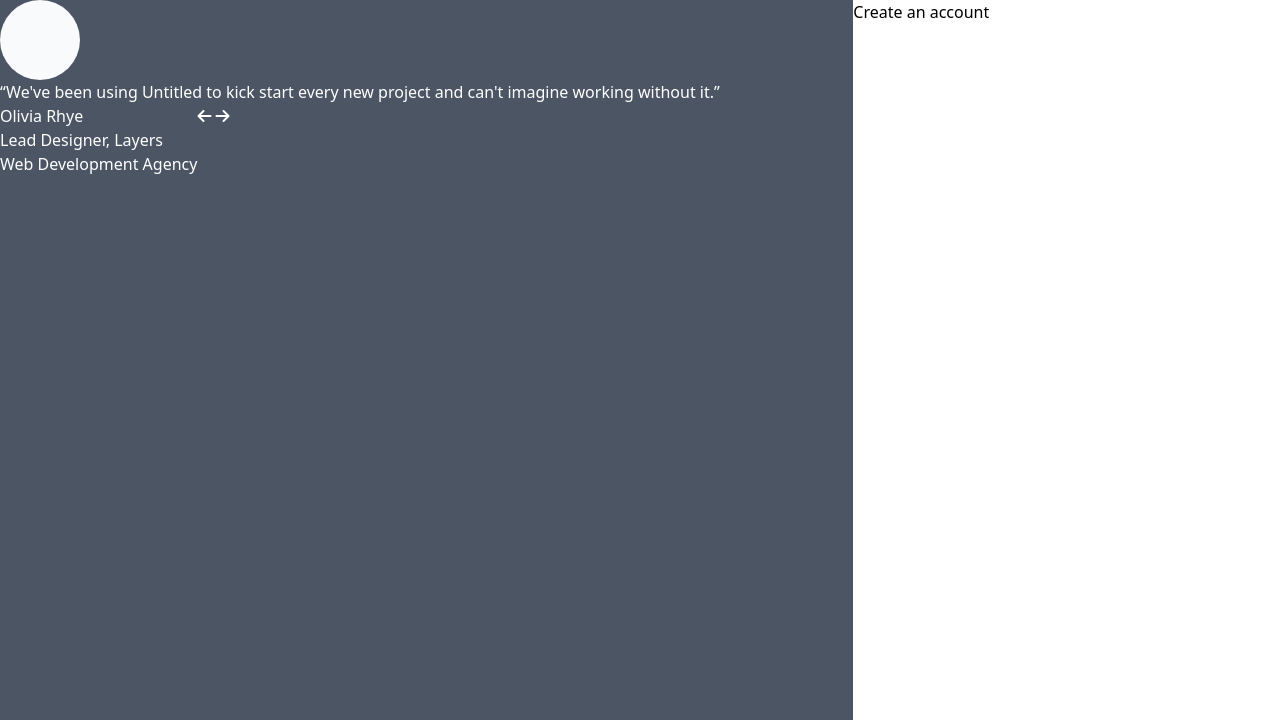
Repository: debthebuilder/youtube-html-contact-form-tailwindcss
Page: contact.html
These files come from the project's save history. The page is drawn as it stood at one moment and after the next save; the edit follows.
The browser window is 1280 px wide. The pictures show the whole page.
Some web libraries are served in a nearby version.

Above is the page before, as saved 2022-08-03 05:33:20.

### contact.html
<!DOCTYPE html>
<html lang="en">
<head>
    <meta charset="UTF-8">
    <meta http-equiv="X-UA-Compatible" content="IE=edge">
    <meta name="viewport" content="width=device-width, initial-scale=1.0">
    <link rel="stylesheet" href="https://cdnjs.cloudflare.com/ajax/libs/font-awesome/6.1.2/css/all.min.css" integrity="sha512-1sCRPdkRXhBV2PBLUdRb4tMg1w2YPf37qatUFeS7zlBy7jJI8Lf4VHwWfZZfpXtYSLy85pkm9GaYVYMfw5BC1A==" crossorigin="anonymous" referrerpolicy="no-referrer" />
    <script src="https://cdn.tailwindcss.com"></script>
    <title>HTML Contact Form</title>
</head>
<body>
    <div class="w-full h-screen flex">
        <!--Background Image with Overlay text-->
        <div class="w-4/6 bg-gray-600 text-white">
            <a href="#" class="block">
                <div class="w-20 h-20 bg-gray-50 rounded-full"></div>
            </a>
            <q>We've been using Untitled to kick start every new project and can't imagine working without it.</q>
            <div class="flex">
                <div>
                    <h3>Olivia Rhye</h3>
                    <div>Lead Designer, Layers</div>
                    <span>Web Development Agency</span>
                </div>
                <div>
                    <span>
                        <i class="fa-solid fa-arrow-left"></i>
                    </span>
                    <span>
                        <i class="fa-solid fa-arrow-right"></i>
                    </span>
                </div>
            </div>
        </div>
        <!--Form-->
        <div class="w-2/6">
            <h2>Create an account</h2>
        </div>
    </div>
</body>
</html>

After the next save:
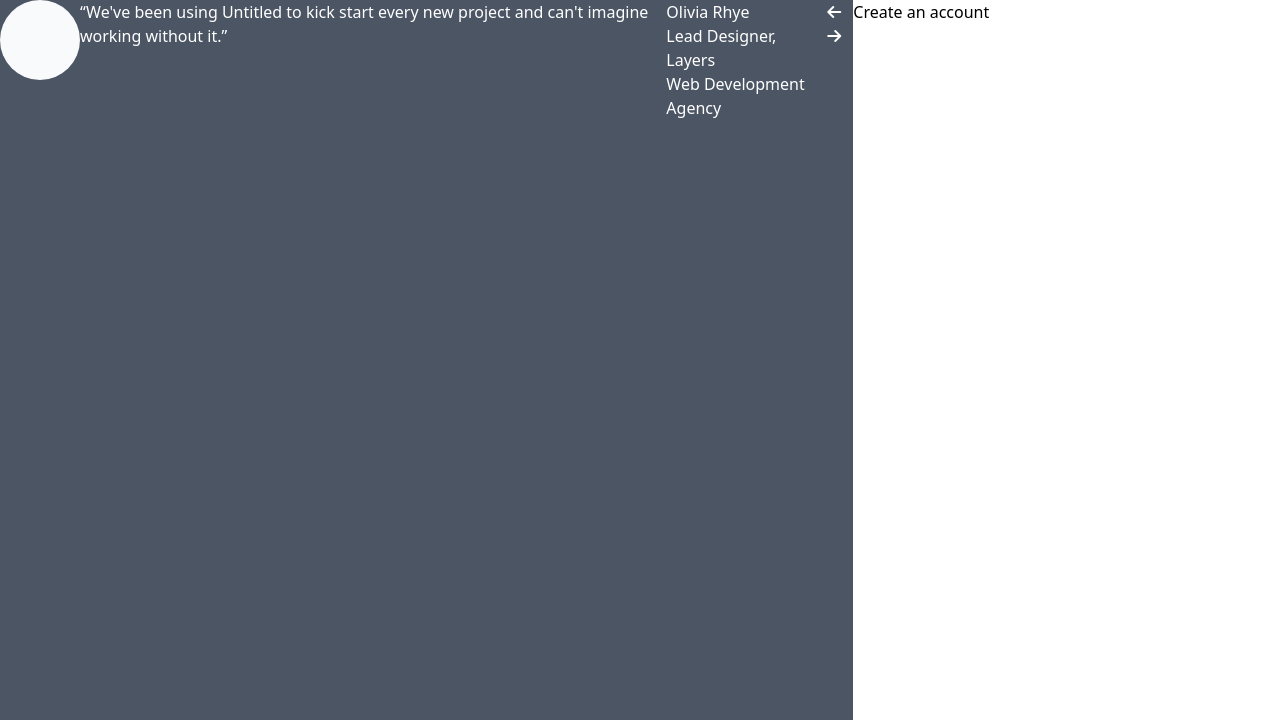
Saved 55 s later.
--- a/contact.html
+++ b/contact.html
@@ -11,7 +11,7 @@
 <body>
     <div class="w-full h-screen flex">
         <!--Background Image with Overlay text-->
-        <div class="w-4/6 bg-gray-600 text-white">
+        <div class="w-4/6 bg-gray-600 text-white flex">
             <a href="#" class="block">
                 <div class="w-20 h-20 bg-gray-50 rounded-full"></div>
             </a>

After the save that followed:
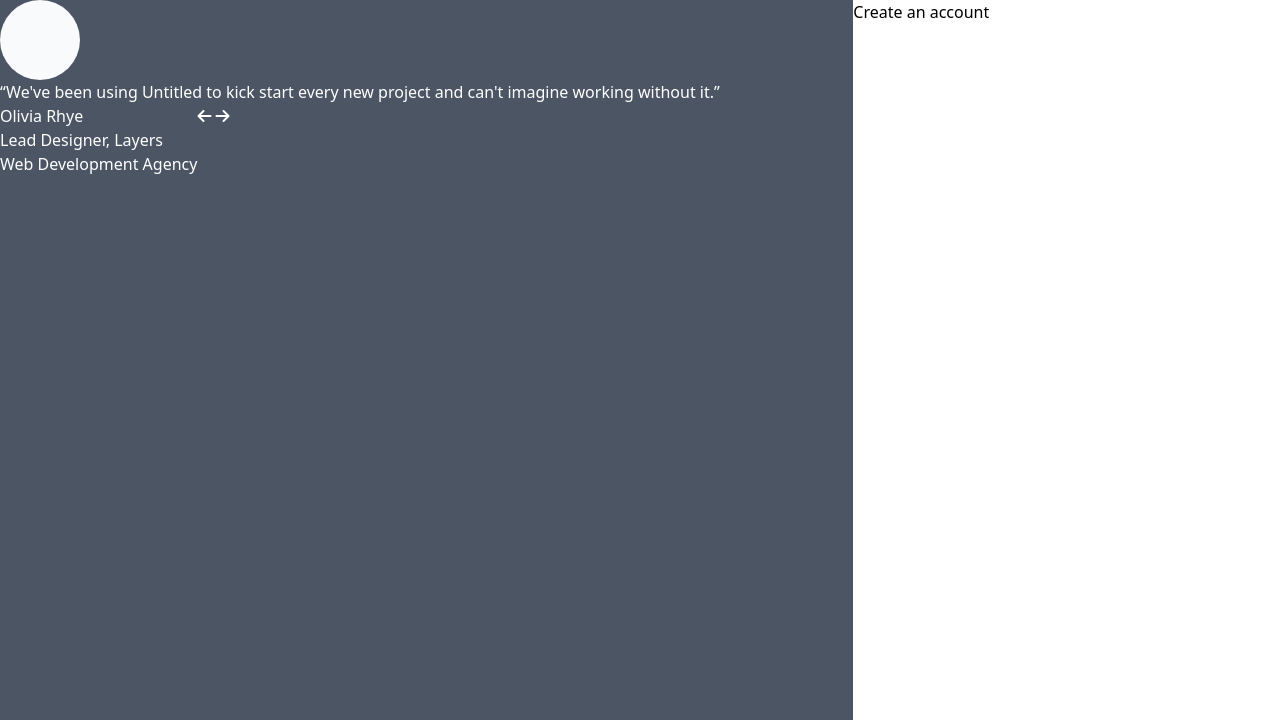
Saved 14 s later.
--- a/contact.html
+++ b/contact.html
@@ -11,7 +11,7 @@
 <body>
     <div class="w-full h-screen flex">
         <!--Background Image with Overlay text-->
-        <div class="w-4/6 bg-gray-600 text-white flex">
+        <div class="w-4/6 bg-gray-600 text-white flex flex-col">
             <a href="#" class="block">
                 <div class="w-20 h-20 bg-gray-50 rounded-full"></div>
             </a>
